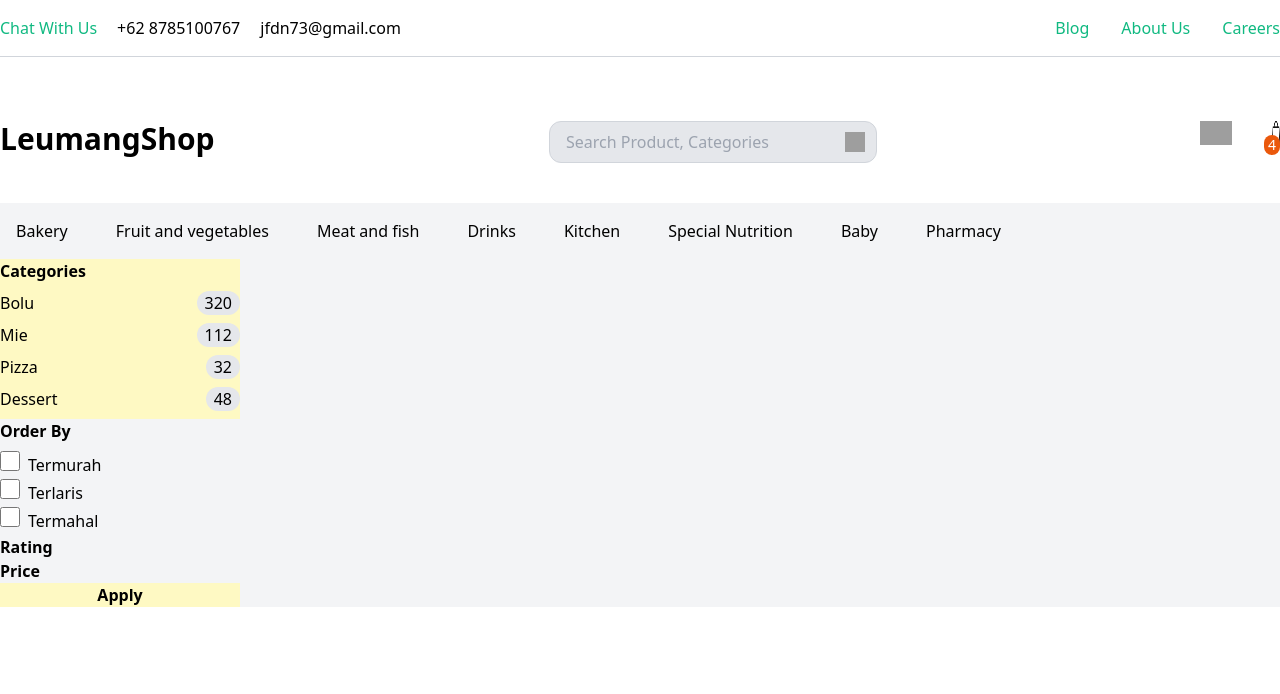
Repository: jafetdn73/ecommerce-tailwind
Page: /
The author's editor kept a copy of each file at every save. The page is drawn from the files as they stood at one save, then again after the next save.
The browser window is 1280 px wide. The pictures show the whole page.
Pictures or frames that could not be fetched are drawn as grey boxes. The project was rebuilt for these pictures with package versions that can differ from the ones it lists, and the page was loaded fresh each time. Also part of the build but not shown: src/App.css.

Above is the page before, as saved 2022-03-13 22:45:20.

### src/App.js
import "./App.css";

function App() {
  return (
    <div className="bg-white container mx-auto">
      <div className="flex justify-between py-4 border-b border-gray-300">
        <div className="flex gap-5">
          <a href="http://google.com" className="text-emerald-500">
            Chat With Us
          </a>
          <a href="http://facebook.com">+62 8785100767</a>
          <a href="http://ggogl.com">jfdn73@gmail.com</a>
        </div>

        <div className="">
          <ul className="flex gap-8 text-emerald-500">
            <li>Blog</li>
            <li>About Us</li>
            <li>Careers</li>
          </ul>
        </div>
      </div>

      <div className="flex justify-between mt-16">
        <h1 className="text-3xl font-bold">LeumangShop</h1>
        <div className="flex w-full justify-center items-center">
          <input
            type="text"
            placeholder="Search Product, Categories"
            className="w-1/3 border border-gray-300 bg-gray-200 rounded-xl pl-4 py-2"
          />
          <img src="/images/search-icon.png" alt="search" className="w-5 h-5 -ml-8"/>
        </div>
        <div className="flex gap-10">
          <img src="/images/user-icon.png" alt="user" className="w-8 h-6"/>
          <div className="relative">
            <img src="/images/cart-icon.png" alt="icon" className="w-8 h-6"/>
            <label className="absolute bottom-2 -left-2 bg-orange-600 text-white py-0.25 px-1 rounded-full text-sm">4</label>
          </div>
        </div>
      </div>

      <div className="bg-gray-100 mt-10 py-4 pl-4 text-base font-medium">
        <ul className="flex gap-12">
          <li>Bakery</li>
          <li>Fruit and vegetables</li>
          <li>Meat and fish</li>
          <li>Drinks</li>
          <li>Kitchen</li>
          <li>Special Nutrition</li>
          <li>Baby</li>
          <li>Pharmacy</li>
        </ul>
        </div>

      {/* Container Wrapper */}
      <div className="bg-gray-100">
        {/* Side Bar Container */}
        <div className="flex flex-col w-60 bg-yellow-100" >
          {/* Categories Container */}
          <div className="flex flex-col">
            <h1 className="font-bold text-base mb-2">Categories</h1>
            <ul>
              <div className="flex justify-between">
                <li>Bolu</li><label className="mb-2 bg-gray-200 pl-2 pr-2 rounded-xl">320</label>
              </div>
              <div className="flex justify-between">
                <li>Mie</li><label className="mb-2 bg-gray-200 pl-2 pr-2 rounded-xl">112</label>
              </div>
              <div className="flex justify-between">
                <li>Pizza</li><label className="mb-2 bg-gray-200 pl-2 pr-2 rounded-xl">32</label>
              </div>
              <div className="flex justify-between">
                <li>Dessert</li><label className="mb-2 bg-gray-200 pl-2 pr-2 rounded-xl">48</label>
              </div>
            </ul>
          </div>
          {/* Order By Categories */}
          <div className="bg-gray-100 flex flex-col">
            <h1 className="font-bold mb-2">Order By</h1>
           <div>
             <input type="checkbox" className="bg-lime-600 w-5 h-5 mr-2 mb-2">
               </input>
               <label >Termurah</label>
          </div>
          <div>
            <input type="checkbox"  className="bg-lime-600 w-5 h-5 mr-2 mb-2"></input><label>Terlaris</label>
          </div>
          <div>
            <input type="checkbox"  className="bg-lime-600 w-5 h-5 mr-2 mb-2"></input><label>Termahal</label>
          </div>
          </div>
          {/* Rating Container */}
          <div className="bg-gray-100">
          <h1 className="font-bold">Rating</h1>
          </div>
          {/* Price Container */}
          <div className="bg-gray-100">
          <h1 className="font-bold">Price</h1>
          </div>
          <button className="font-bold">Apply</button>
        </div>
        <div className="bg-gray-100">
          <div className="bg-yellow-100">
          </div>
        </div>
      </div>



    </div>
  );
}

export default App;

Loaded but not shown: public/index.html (common file); src/index.js (common file); src/index.css (common file); src/reportWebVitals.js (common file); tailwind.config.js (common file)

After the next save:
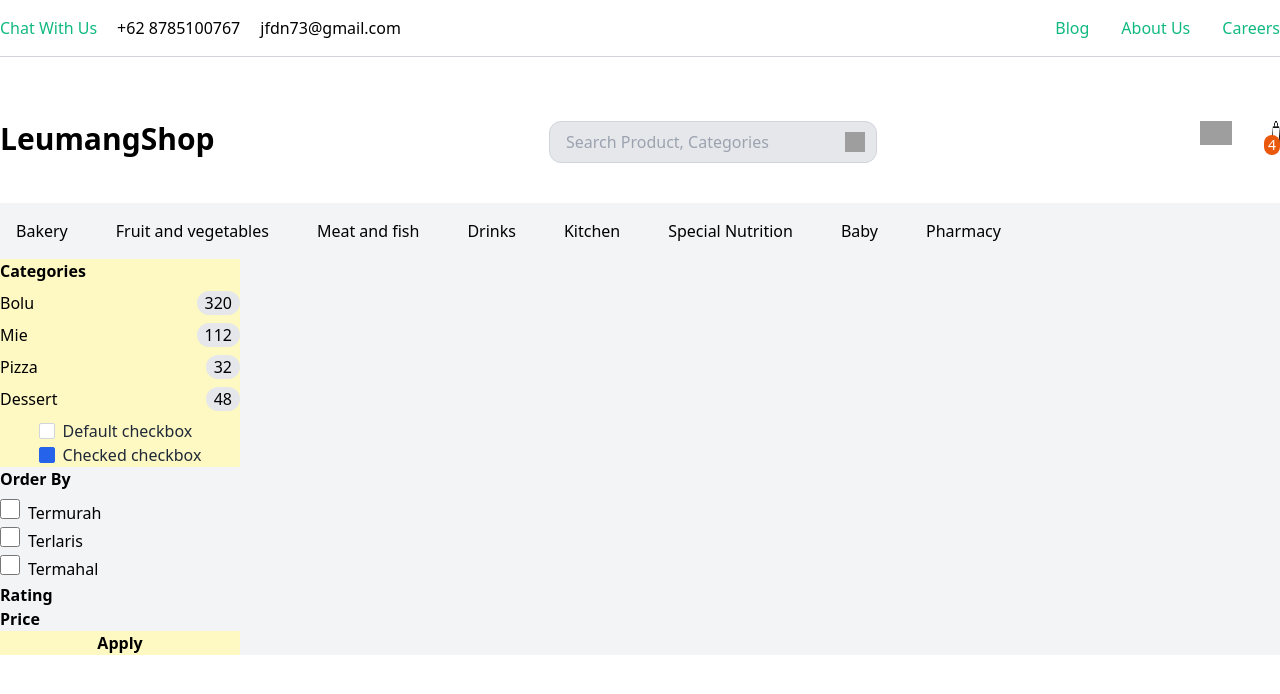
Saved 12 min 10 s later.
--- a/src/App.js
+++ b/src/App.js
@@ -75,9 +75,26 @@
               </div>
             </ul>
           </div>
+          <div class="flex justify-center">
+  <div>
+    <div class="form-check">
+      <input class="form-check-input appearance-none h-4 w-4 border border-gray-300 rounded-sm bg-white checked:bg-blue-600 checked:border-blue-600 focus:outline-none transition duration-200 mt-1 align-top bg-no-repeat bg-center bg-contain float-left mr-2 cursor-pointer" type="checkbox" value="" id="flexCheckDefault"></input>
+      <label class="form-check-label inline-block text-gray-800" for="flexCheckDefault">
+        Default checkbox
+      </label>
+    </div>
+    <div class="form-check">
+      <input class="form-check-input appearance-none h-4 w-4 border border-gray-300 rounded-sm bg-white checked:bg-blue-600 checked:border-blue-600 focus:outline-none transition duration-200 mt-1 align-top bg-no-repeat bg-center bg-contain float-left mr-2 cursor-pointer" type="checkbox" value="" id="flexCheckChecked" checked></input>
+      <label class="form-check-label inline-block text-gray-800" for="flexCheckChecked">
+        Checked checkbox
+      </label>
+    </div>
+  </div>
+</div>
           {/* Order By Categories */}
           <div className="bg-gray-100 flex flex-col">
             <h1 className="font-bold mb-2">Order By</h1>
+
            <div>
              <input type="checkbox" className="bg-lime-600 w-5 h-5 mr-2 mb-2">
                </input>

After the 2 saves that followed:
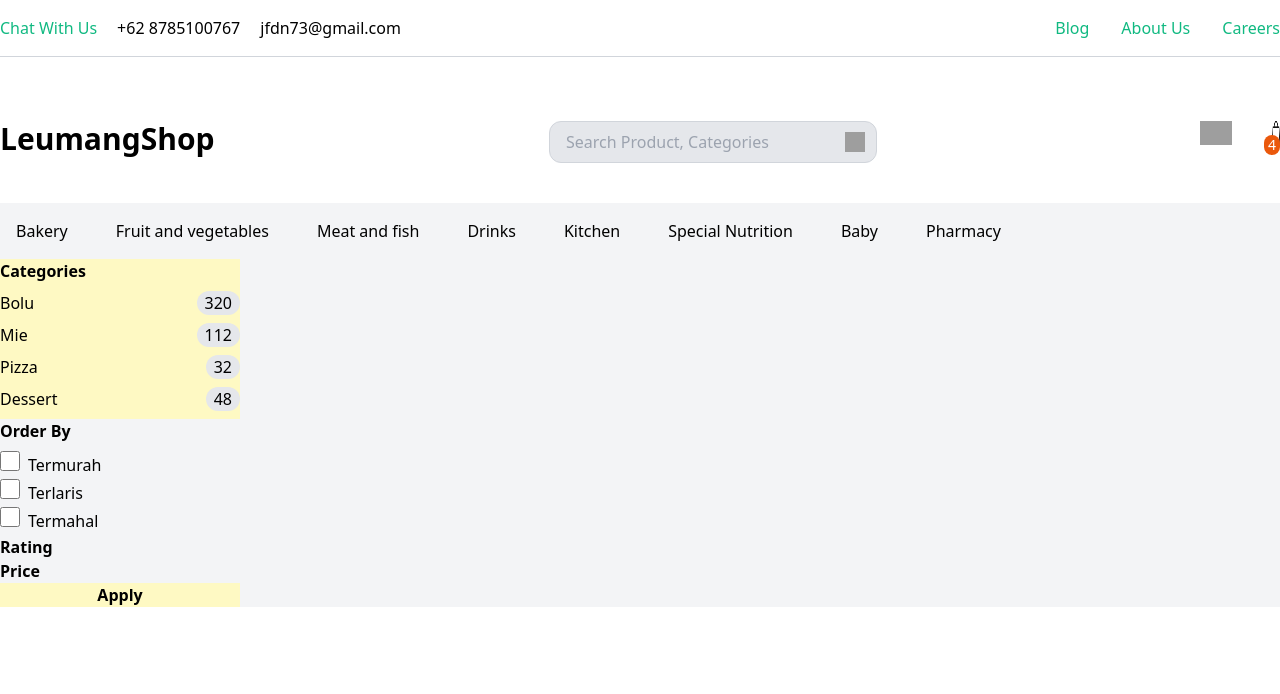
The 2 saves are shown as one change because 1 left the picture as it was.
The last was saved 2 min 0 s later.
--- a/src/App.js
+++ b/src/App.js
@@ -75,28 +75,11 @@
               </div>
             </ul>
           </div>
-          <div class="flex justify-center">
-  <div>
-    <div class="form-check">
-      <input class="form-check-input appearance-none h-4 w-4 border border-gray-300 rounded-sm bg-white checked:bg-blue-600 checked:border-blue-600 focus:outline-none transition duration-200 mt-1 align-top bg-no-repeat bg-center bg-contain float-left mr-2 cursor-pointer" type="checkbox" value="" id="flexCheckDefault"></input>
-      <label class="form-check-label inline-block text-gray-800" for="flexCheckDefault">
-        Default checkbox
-      </label>
-    </div>
-    <div class="form-check">
-      <input class="form-check-input appearance-none h-4 w-4 border border-gray-300 rounded-sm bg-white checked:bg-blue-600 checked:border-blue-600 focus:outline-none transition duration-200 mt-1 align-top bg-no-repeat bg-center bg-contain float-left mr-2 cursor-pointer" type="checkbox" value="" id="flexCheckChecked" checked></input>
-      <label class="form-check-label inline-block text-gray-800" for="flexCheckChecked">
-        Checked checkbox
-      </label>
-    </div>
-  </div>
-</div>
           {/* Order By Categories */}
           <div className="bg-gray-100 flex flex-col">
             <h1 className="font-bold mb-2">Order By</h1>
-
            <div>
-             <input type="checkbox" className="bg-lime-600 w-5 h-5 mr-2 mb-2">
+             <input type="checkbox" className="checked:bg-lime-600 w-5 h-5 mr-2 mb-2">
                </input>
                <label >Termurah</label>
           </div>
